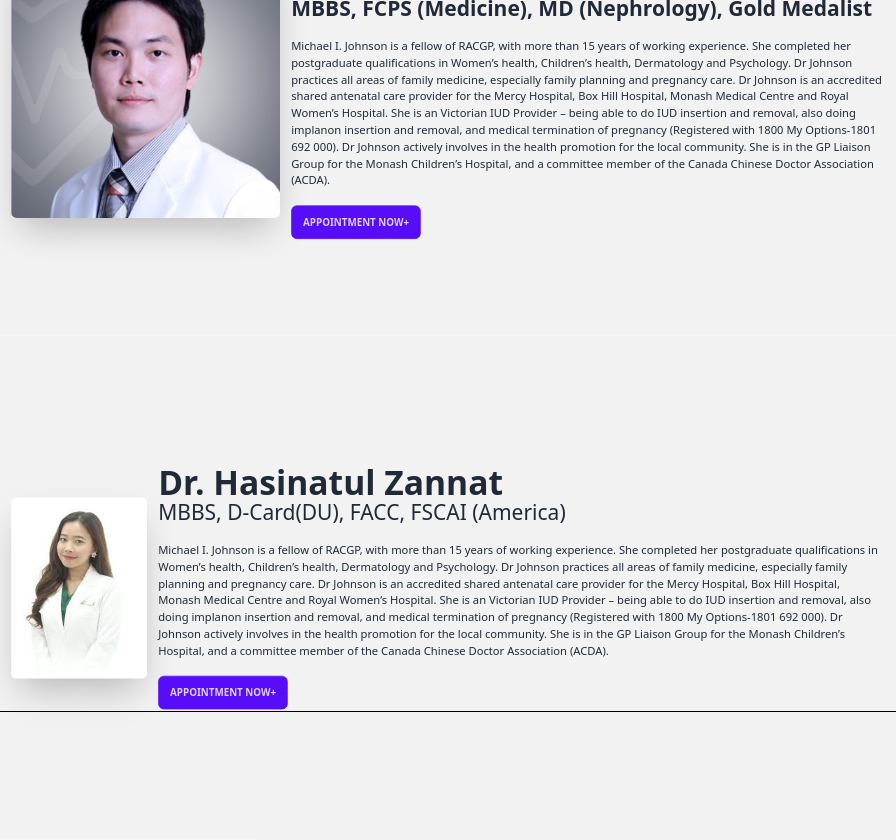
Repository: salmaakter11/Medical-Health
Page: /
The author's editor kept a copy of each file at every save. The page is drawn from the files as they stood at one save, then again after the next save.
The browser window is 1280 px wide. The pictures show the part of the page from y = 1888 to 3808 px (the page is 3088 px tall before and 3808 px after), at 70% of full size.
The project was rebuilt for these pictures with package versions that can differ from the ones it lists, and the page was loaded fresh each time. Also part of the build but not shown: vite.config.js.

Above is the page before, as saved 2023-07-10 21:54:07.

After the next save:
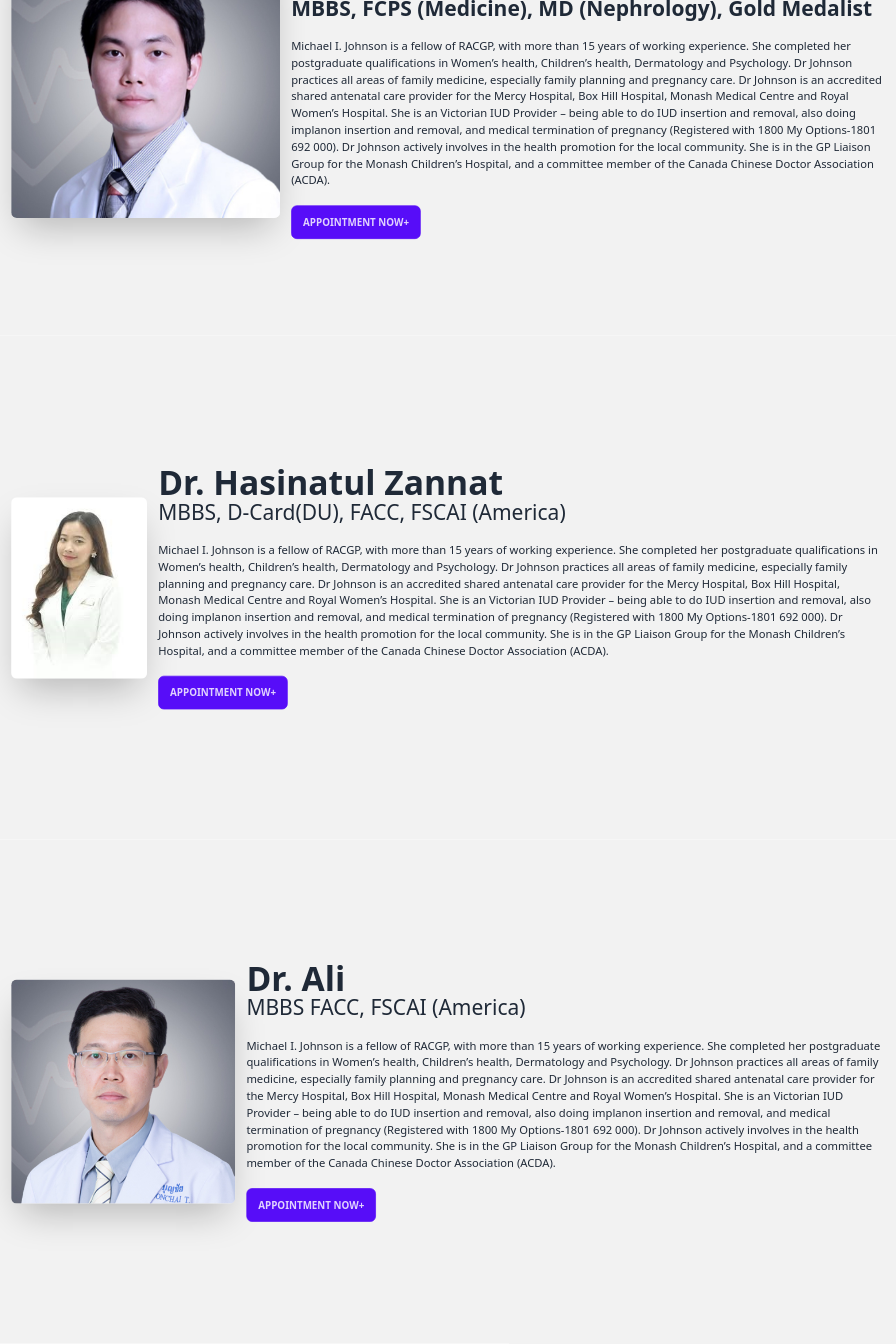
Saved 105 s later.
--- a/src/component/Doctor's/Doctor.jsx
+++ b/src/component/Doctor's/Doctor.jsx
@@ -1,6 +1,7 @@
 import doc1 from "../../img/doc1.jpg"
 import doc2 from "../../img/doc2.jpg"
 import doc3 from "../../img/doc3.jpg"
+import doc4 from "../../img/doc4.jpg"
 import React from 'react';
 
 const Doctor = () => {
@@ -54,6 +55,22 @@
   </div>
 </div>
 
+{/* Doctor 4 */}
+
+<div className="hero min-h-screen bg-base-200">
+  <div className="hero-content flex-col lg:flex-row">
+    <img src={doc4} className="max-w-sm rounded-lg shadow-2xl w-80" />
+    <div>
+      <h1 className="text-5xl font-bold">Dr. Ali </h1>
+      <h6 className="text-3xl">MBBS FACC, FSCAI (America)</h6>
+      <p className="py-6">Michael I. Johnson is a fellow of RACGP, with more than 15 years of working experience. She completed her postgraduate qualifications in Women’s health, Children’s health, Dermatology and Psychology.
+Dr Johnson practices all areas of family medicine, especially family planning and pregnancy care. Dr Johnson is an accredited shared antenatal care provider for the Mercy Hospital, Box Hill Hospital, Monash Medical Centre and Royal Women’s Hospital. She is an Victorian IUD Provider – being able to do IUD insertion and removal, also doing implanon insertion and removal, and medical termination of pregnancy (Registered with 1800 My Options-1801 692 000).
+Dr Johnson actively involves in the health promotion for the local community. She is in the GP Liaison Group for the Monash Children’s Hospital, and a committee member of the Canada Chinese Doctor Association (ACDA).</p>
+      <button className="btn btn-primary">Appointment Now+</button>
+    </div>
+  </div>
+</div>
+
             </div>
         </div>
     );
